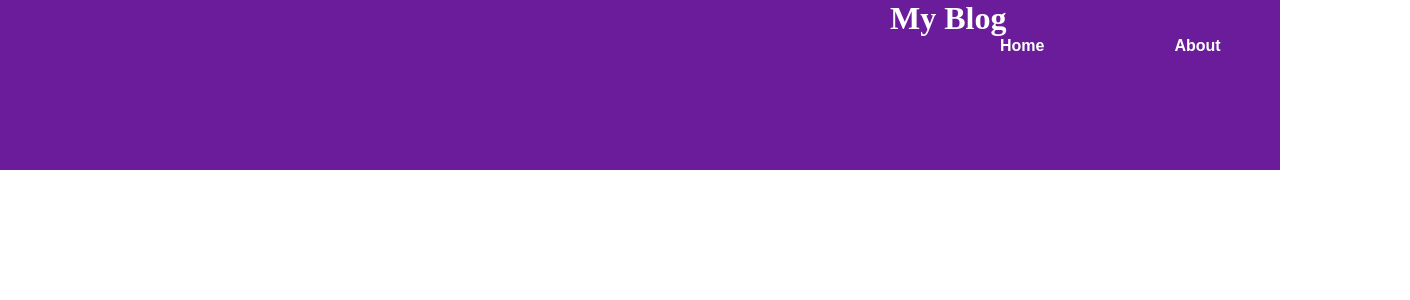
Repository: Femi007-gh/BLOG
Page: index.html
An editor plug-in stored every save of this project. The page is shown before and after the next save, followed by the edit.
The browser window is 1280 px wide. The page is 1410 px wide, then 1350 px, so the pictures cover 1410 px, including what lies to the right of the window. The pictures show the whole page.

Above is the page before, as saved 2025-01-08 07:11:26.

### index.html
<html>
  <head>
    <title>BLOG</title>
    <link rel="stylesheet" href="style.css">
  </head>
  <body>
    <header>
      <h1 class="head">My Blog</h1>
      <nav>
        <ul>
          <li><a href="#">Home</a></li>
          <li><a href="#">About</a></li>
          <li><a href="#">Contact</a></li>
        </ul>
      </nav>
    </header>
  </body>
</html>

### style.css
header {
  background-color: 6B1C9B;
  color: white;
  height: 170px;
}
* {
  margin: 0;
  padding: 0;
}

.desc {
  max-width: 1200px;
  margin: o auto;
  display: flex;
  align-items: center;
  justify-content: space-between;
}

header h1 {
  margin-left:890px;
}

nav ul {
  list-style-type: none;
  display:  flex;
}


 li a {
  color: white;
  text-decoration: none;
  font-weight: bold;
  margin-left: 1000px;
  justify-content: space-evenly;
  margin-right: -870px;
}

li a{
  text-decoration: none;
  font-family: Arial;
}

After the next save:
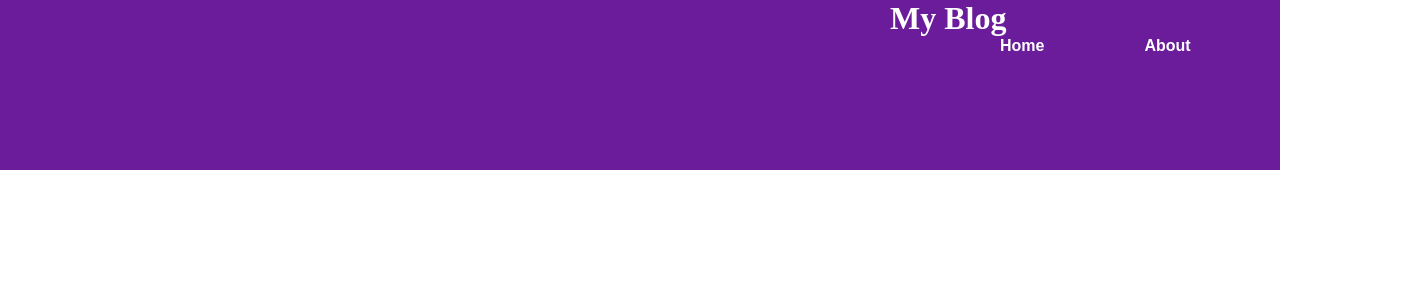
Saved 8 s later.
--- a/style.css
+++ b/style.css
@@ -32,7 +32,7 @@ nav ul {
   font-weight: bold;
   margin-left: 1000px;
   justify-content: space-evenly;
-  margin-right: -870px;
+  margin-right: -900px;
 }
 
 li a{
